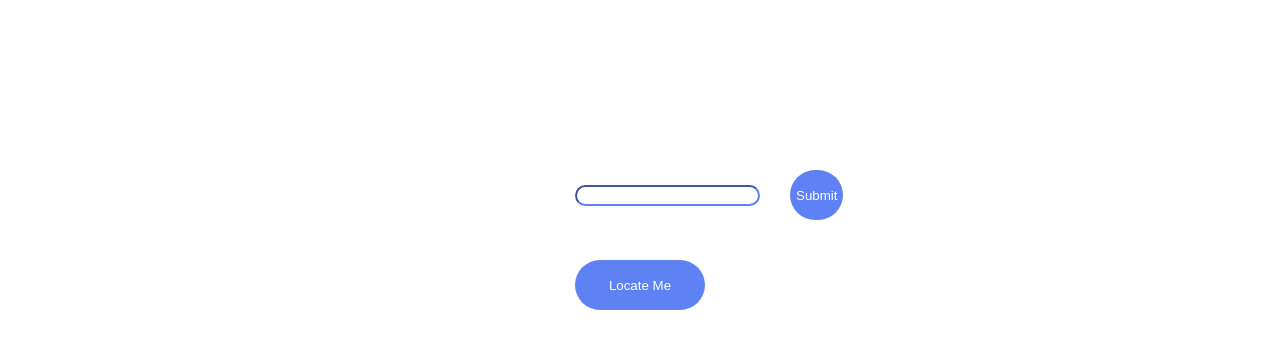
Repository: ahmedazawi/weather-app
Page: /
The author's editor kept a copy of each file at every save. The page is drawn from the files as they stood at one save, then again after the next save.
The browser window is 1280 px wide. The pictures show the whole page.
The project was rebuilt for these pictures with package versions that can differ from the ones it lists, and the page was loaded fresh each time. Also part of the build but not shown: src/layout/Header.js, src/assets/css/details.css, src/assets/data/ContextApi.js, src/assets/css/SevenDaysCards.css, src/components/card.js, src/components/SevenDaysCards.js, src/assets/data/Api.js, src/components/Map.js and 2 more.

Above is the page before, as saved 2022-11-30 22:38:42.

After the next save:
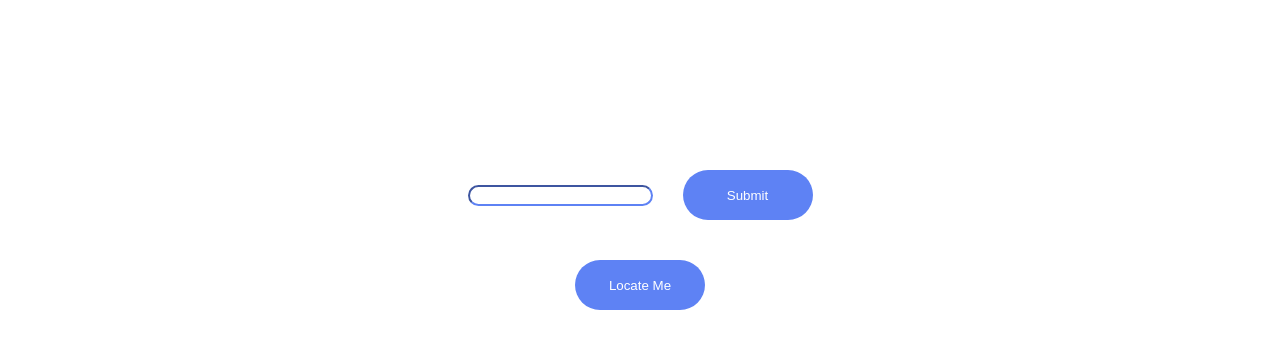
Saved 5 s later.
--- a/src/App.css
+++ b/src/App.css
@@ -24,8 +24,6 @@ body {
   display: flex;
   align-items: center;
   gap: 30px;
-  height: 50px;
-  width: 130px;
 }
 .App .btn {
   border: none;
